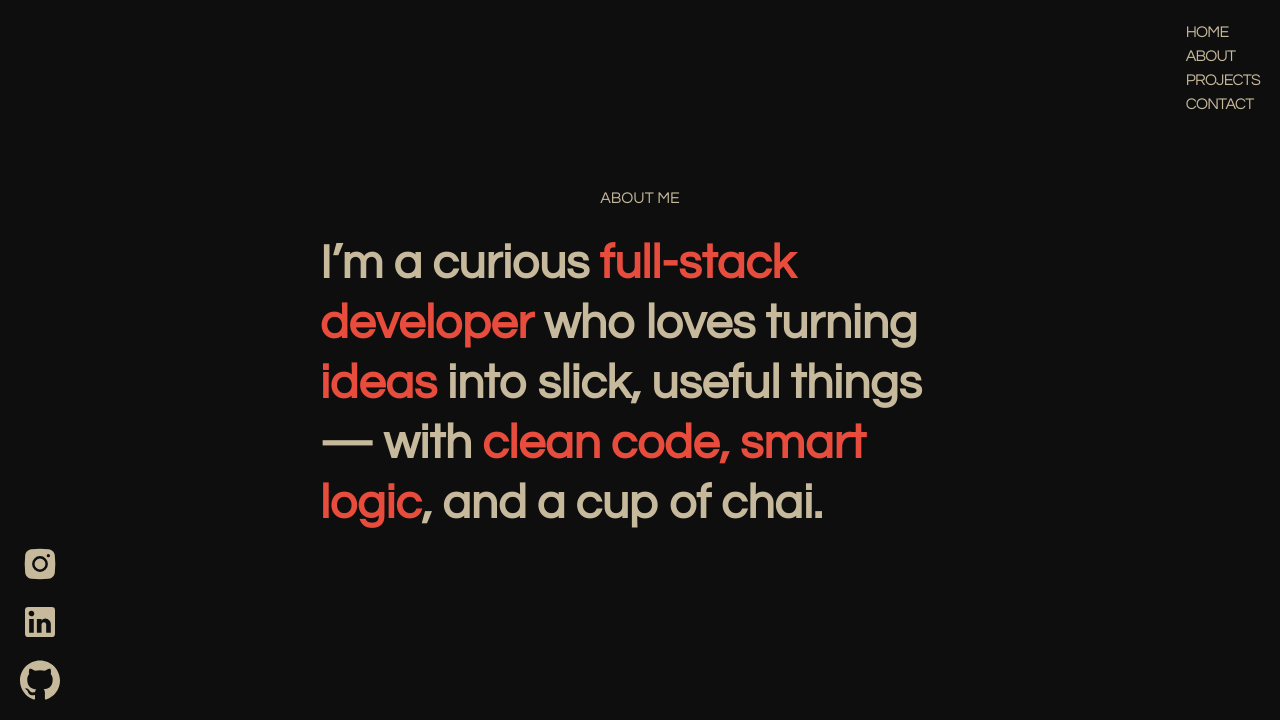
Repository: divyamGNH/DivyamPF
Page: /about
These files come from the project's save history. The page is drawn as it stood at one moment and after the next save; the edit follows.
The browser window is 1280 px wide. The pictures show the whole page.
The project was rebuilt for these pictures with package versions that can differ from the ones it lists, and the page was loaded fresh each time. Also part of the build but not shown: vite.config.js, src/App.css, src/components/MaskLayer.jsx, src/pages/Landing.jsx, src/pages/Footer.jsx, src/pages/TopProjects.jsx, src/animations/ScrolltoAnimate.jsx, src/pages/Home.jsx and 2 more.

Above is the page before, as saved 2025-12-20 21:45:09.

### index.html
<!doctype html>
<html lang="en">
  <head>
    <meta charset="UTF-8" />
    <meta name="viewport" content="width=device-width, initial-scale=1.0" />
    <title>DivyamPF</title>
    <link href="https://fonts.googleapis.com/css2?family=Poppins:wght@100..900&family=Questrial&display=swap" rel="stylesheet">
  </head>
  <body>
    <div id="root"></div>
    <script type="module" src="/src/main.jsx"></script>
  </body>
</html>

### src/App.jsx
import { BrowserRouter as Router, Routes, Route } from "react-router-dom";
import "./App.css";

import Home from "./pages/Home";
// import { MouseProvider } from "./Context/MouseContext.jsx";
import About from "./pages/About.jsx";

import useMouseTracking from "./Hooks/useMouseTracking.js";
import CursorFollower from "./components/CursorFollower.jsx";

function App() {

  useMouseTracking();

  return (
      <Router>
        <CursorFollower/>

        <Routes>
          <Route path="/" element={<Home />} />
          <Route path="/about" element={<About />} />
          {/* <Route path="/contact" element={<Contact />} /> */}
        </Routes>
      </Router>
  );
}

export default App;

### src/index.css
@import url('https://fonts.googleapis.com/css2?family=Poppins:wght@100..900&family=Questrial&display=swap');
@import "tailwindcss";

body {
  margin: 0;
  background-color: #0E0E0E;
  font-family: 'Questrial', sans-serif;
}

### src/pages/About.jsx
import Socials from "./Socials";
import Navigations from "./Navigations";
import AboutLanding from "./AboutLanding";
import TechStack from "./TechStack";
import Footer from "./Footer";
import TimeLine from "./TimeLine.jsx";

const About = () => {
  return (
    <div>
      <Socials />
      <Navigations />
      <AboutLanding/>
      {/* <TechStack/>
      <div className="h-[10vh]"></div>
      <TimeLine/>
      <div className="h-[10vh]"></div>
      <Footer/> */}
    </div>
  );
};

export default About;

### src/Hooks/useMouseTracking.js
import {useEffect} from "react";
import useMouseStore from "../Store/useMouseStore";

const useMouseTracking = ()=>{
    const setPosition = useMouseStore(state => state.setPosition);

    useEffect(()=>{
        const handleMouseMove = (e) => {
            setPosition(e.clientX, e.clientY);
        };

        window.addEventListener('mousemove', handleMouseMove);

        return () => {
            window.removeEventListener('mousemove', handleMouseMove);
        };
    },[setPosition]);
}

export default useMouseTracking;

### src/components/CursorFollower.jsx
import { motion } from 'framer-motion';
import useMouseStore from '../Store/useMouseStore.js';

const CursorFollower = () => {
  const x = useMouseStore(state => state.x);
  const y = useMouseStore(state => state.y);

  return (
    <>
      <motion.div
        className="cursor-circle"
        style={{
          position: 'fixed',
          width: '40px',
          height: '40px',
          borderRadius: '50%',
          backgroundColor: '#E74C3C',
          pointerEvents: 'none',
          zIndex: 1,            // 🔥 UPDATED HERE
          // mixBlendMode: 'difference',
        }}
        animate={{
          left: x - 20,
          top: y - 20,
        }}
        transition={{
          type: 'spring',
          stiffness: 500,
          damping: 28,
          mass: 0.5,
        }}
      />
    </>
  );
};

export default CursorFollower;

### src/pages/Socials.jsx
const Socials = () => {
  return (
    <div>
      <div className="fixed bottom-5 left-5 flex flex-col gap-4.5 z-50">
        <a href="https://www.instagram.com/_divyamk15_/" target="_blank" rel="noopener noreferrer">
          <img src="/instaIcon.svg" alt="Instagram" className="gap-4.5 size-10"/>
        </a>
        <a href="https://www.linkedin.com/in/divyam-khandelwal-b54594338/" target="_blank" rel="noopener noreferrer">
          <img src="/linkedinIcon.svg" alt="LinkedIn" className="gap-4.5 size-10"/>
        </a>
        <a href="http://github.com/divyamGNH" target="_blank" rel="noopener noreferrer">
          <img src="/github.svg" alt="GitHub" className="gap-4.5 size-10"/>
        </a>
      </div>
    </div>
  );
};

export default Socials;

### src/pages/Navigations.jsx
import { animate } from "framer-motion";

const Navigations = () => {
  const handleScroll = () => {
    const footer = document.getElementById("footer");
    if (footer) {
      const targetY = footer.getBoundingClientRect().top + window.pageYOffset;

      animate(window.scrollY, targetY, {
        duration: 1.2,
        ease: [0.42, 0, 0.58, 1], // easeInOut (cubic-bezier curve)

        //This line actually carries the animation visually like updates the animation frame by frame.
        onUpdate: (latest) => window.scrollTo(0, latest),
      });
    }
  };

  return (
    <div className="text-[#C7B99B]">
      <div className="fixed flex flex-col tracking-tighter right-5 top-5 gap-0.8 z-50 text-md">
        <a href="/">HOME</a>
        <a href="/about">ABOUT</a>
        <a href="/projects">PROJECTS</a>
        <a onClick={ handleScroll}>
          CONTACT
        </a>
      </div>
    </div>
  );
};

export default Navigations;

### src/pages/AboutLanding.jsx
"use client";

import { useEffect, useState } from "react";
import MaskLayer from "../components/MaskLayer.jsx";
import useMouseStore from "../Store/useMouseStore";

function AboutLanding() {
  const setHover = useMouseStore((s) => s.setHover);
  const setMouse = useMouseStore((s) => s.setMouse);

  const [enableHover, setEnableHover] = useState(false);

  useEffect(() => {
    // cursor outside viewport on load
    setMouse(-9999, -9999);

    const checkDevice = () => {
      const isLargeScreen = window.innerWidth >= 768;
      const hasFinePointer = window.matchMedia("(pointer: fine)").matches;

      setEnableHover(isLargeScreen && hasFinePointer);
    };

    checkDevice();
    window.addEventListener("resize", checkDevice);

    return () => window.removeEventListener("resize", checkDevice);
  }, [setMouse]);

  return (
    <div className="relative min-h-[100svh] w-full max-w-full overflow-x-hidden font-[Questrial] bg-[#0E0E0E]">

      {/* ---------- MASK / HOVER (DESKTOP ONLY) ---------- */}
      {enableHover ? (
        <MaskLayer>
          <div
            onMouseEnter={() => setHover(true)}
            onMouseLeave={() => setHover(false)}
            className="
              absolute top-1/2 left-1/2
              -translate-x-1/2 -translate-y-1/2
              pointer-events-auto
              inline-block
              p-6 sm:p-10 md:p-16
            "
            style={{ background: "transparent" }}
          >
            <div className="pointer-events-none max-w-[800px] text-left">
              <p className="text-[14px] sm:text-[16px] text-black mb-6 text-center">
                ABOUT ME
              </p>

              <p
                className="
                  font-extrabold text-black leading-tight
                  text-xl sm:text-2xl md:text-3xl lg:text-4xl
                "
              >
                I’ve shipped code at 2AM, broken production by accident, and Googled
                the same bug five times — but hey, that’s how the magic really happens.
              </p>
            </div>
          </div>
        </MaskLayer>
      ) : null}

      {/* ---------- VISIBLE TEXT (ALL DEVICES) ---------- */}
      <div
        className="
          absolute top-1/2 left-1/2
          -translate-x-1/2 -translate-y-1/2
          z-[1]
          max-w-[800px]
          text-left
          scale-[1.15] sm:scale-100
        "
      >
        <p className="text-[14px] sm:text-[16px] text-[#C7B99B] mb-6 text-center">
          ABOUT ME
        </p>

        <p
          className="
            font-extrabold text-[#C7B99B] leading-tight
            text-2xl sm:text-4xl md:text-6xl lg:text-5xl
          "
        >
          I’m a curious{" "}
          <span className="text-[#E74C3C]">full-stack developer</span>{" "}
          who loves turning{" "}
          <span className="text-[#E74C3C]">ideas</span>{" "}
          into slick, useful things — with{" "}
          <span className="text-[#E74C3C]">clean code, smart logic</span>,
          and a cup of chai.
        </p>
      </div>
    </div>
  );
}

export default AboutLanding;

### src/Store/useMouseStore.js
import { create } from "zustand";

const useMouseStore = create((set) => ({
  // State
  x: 0,
  y: 0,
  hover: false,   // NEW BOOLEAN STATE

  // Actions
  setPosition: (x, y) => set({ x, y }),
  setHover: (value) => set({ hover: value }),  // NEW ACTION
  setMouse:(x,y) => set({x,y}),
}));

export default useMouseStore;

Loaded but not shown: src/main.jsx (common file)

After the next save:
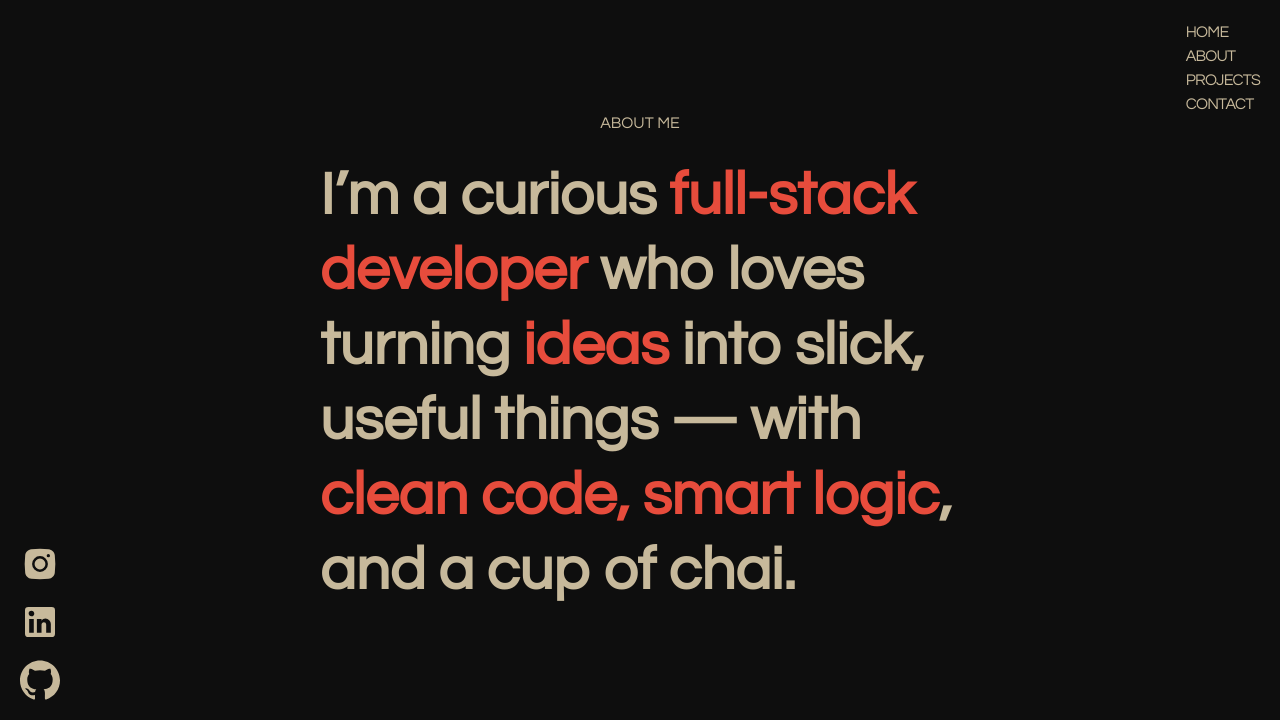
Saved 22 s later.
--- a/src/pages/AboutLanding.jsx
+++ b/src/pages/AboutLanding.jsx
@@ -82,7 +82,7 @@
         <p
           className="
             font-extrabold text-[#C7B99B] leading-tight
-            text-2xl sm:text-4xl md:text-6xl lg:text-5xl
+            text-2xl sm:text-4xl md:text-6xl
           "
         >
           I’m a curious{" "}

After the save that followed:
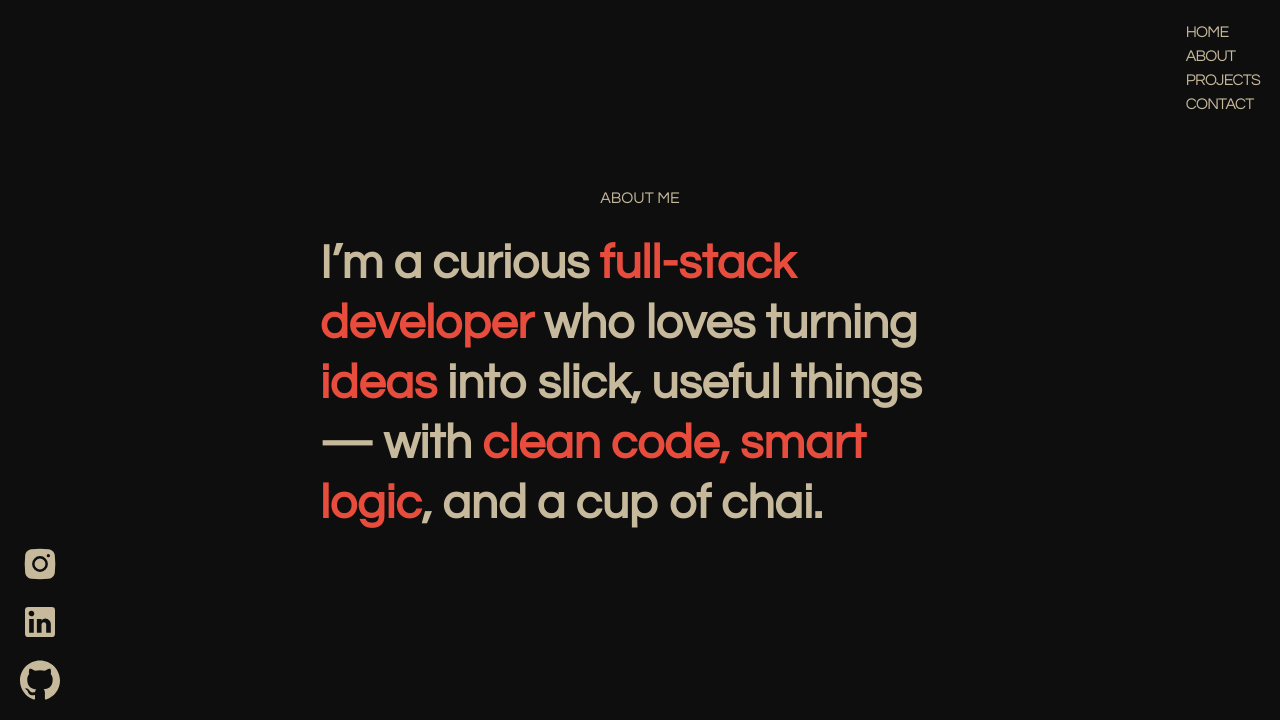
Saved 10 s later.
--- a/src/pages/AboutLanding.jsx
+++ b/src/pages/AboutLanding.jsx
@@ -82,7 +82,7 @@
         <p
           className="
             font-extrabold text-[#C7B99B] leading-tight
-            text-2xl sm:text-4xl md:text-6xl
+            text-2xl sm:text-4xl md:text-5xl lg:text-5xl
           "
         >
           I’m a curious{" "}
